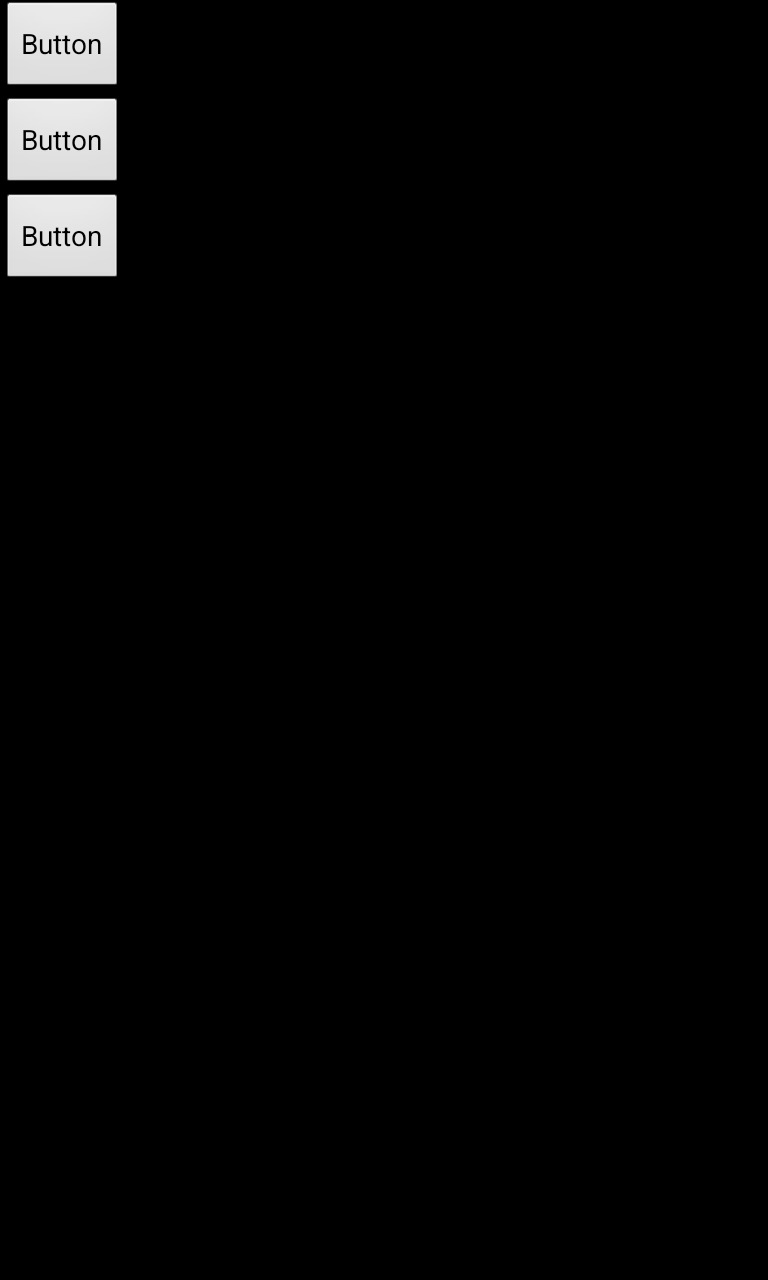
Repository: nuces-acm/DevFest-12-Team-9
Layout: data/Eclipse Workspace of android/Devfest/DCSClientApp/res/layout/main.xml
An editor plug-in stored every save of this project. The layout is shown before and after a run of saves, followed by the edit.
It is drawn on a 768 x 1280 px phone screen (xhdpi) without system bars, with theme android:Theme; the app's code is not run.

Above is the layout before, as saved 2012-03-31 15:33:18.

### data/Eclipse Workspace of android/Devfest/DCSClientApp/res/layout/main.xml
<?xml version="1.0" encoding="utf-8"?>
<LinearLayout xmlns:android="http://schemas.android.com/apk/res/android"
    android:layout_width="match_parent"
    android:layout_height="match_parent"
    android:orientation="vertical" >

    <Button
        android:id="@+id/testsButton"
        android:layout_width="wrap_content"
        android:layout_height="wrap_content"
        android:text="Button" />

    <Button
        android:id="@+id/button2"
        android:layout_width="wrap_content"
        android:layout_height="wrap_content"
        android:text="Button" />

    <Button
        android:id="@+id/button3"
        android:layout_width="wrap_content"
        android:layout_height="wrap_content"
        android:text="Button" />

</LinearLayout>

After the next 2 saves:
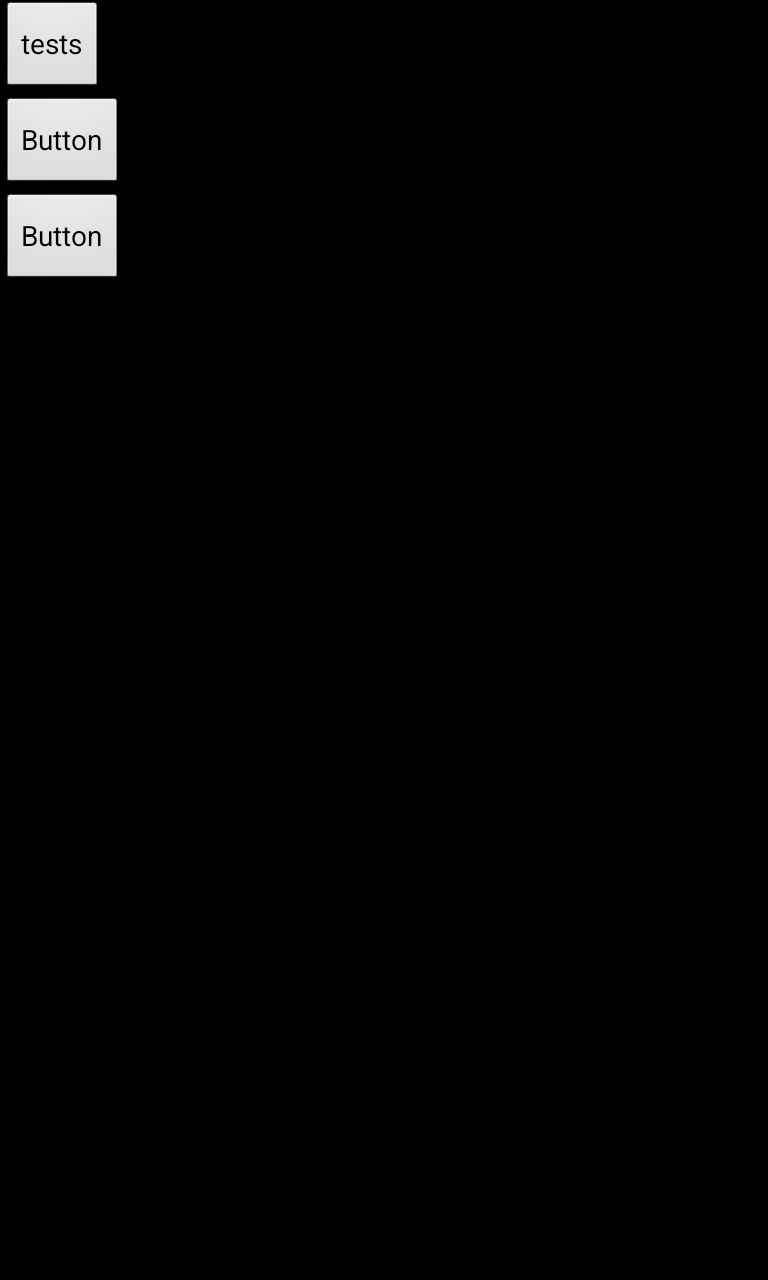
The 2 saves are shown as one change because they came seconds apart.
The last was saved 6 s later.
--- a/data/Eclipse Workspace of android/Devfest/DCSClientApp/res/layout/main.xml
+++ b/data/Eclipse Workspace of android/Devfest/DCSClientApp/res/layout/main.xml
@@ -8,7 +8,7 @@
         android:id="@+id/testsButton"
         android:layout_width="wrap_content"
         android:layout_height="wrap_content"
-        android:text="Button" />
+        android:text="tests" />
 
     <Button
         android:id="@+id/button2"
